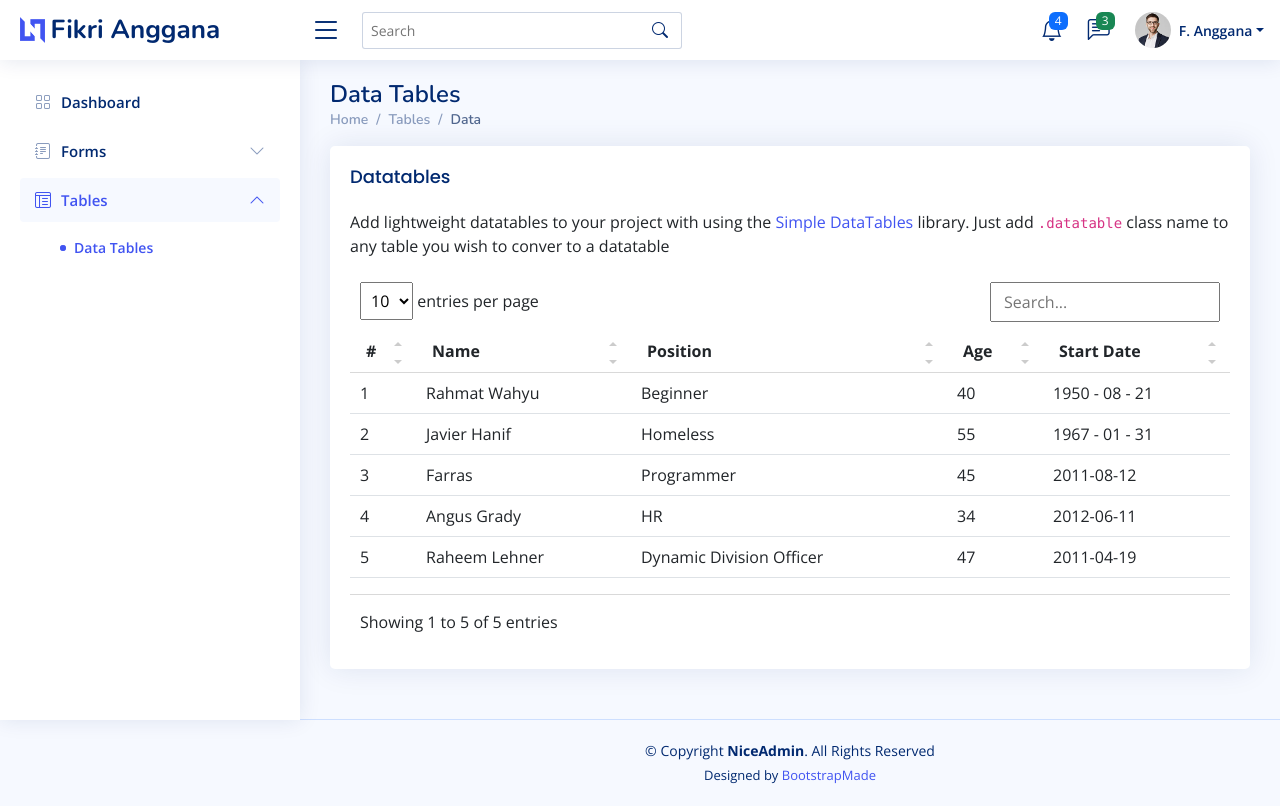
Repository: fikrianggana/PRG4_M2_P1_088
Page: NiceAdmin/tables-data.html
An editor plug-in stored every save of this project. The page is shown before and after the next save, followed by the edit.
The browser window is 1280 px wide. The pictures show the whole page.

Above is the page before, as saved 2023-09-18 15:16:30.

### NiceAdmin/tables-data.html
<!DOCTYPE html>
<html lang="en">

<head>
  <meta charset="utf-8">
  <meta content="width=device-width, initial-scale=1.0" name="viewport">

  <title>Tables / Data - NiceAdmin Bootstrap Template</title>
  <meta content="" name="description">
  <meta content="" name="keywords">

  <!-- Favicons -->
  <link href="assets/img/favicon.png" rel="icon">
  <link href="assets/img/apple-touch-icon.png" rel="apple-touch-icon">

  <!-- Google Fonts -->
  <link href="https://fonts.gstatic.com" rel="preconnect">
  <link href="https://fonts.googleapis.com/css?family=Open+Sans:300,300i,400,400i,600,600i,700,700i|Nunito:300,300i,400,400i,600,600i,700,700i|Poppins:300,300i,400,400i,500,500i,600,600i,700,700i" rel="stylesheet">

  <!-- Vendor CSS Files -->
  <link href="assets/vendor/bootstrap/css/bootstrap.min.css" rel="stylesheet">
  <link href="assets/vendor/bootstrap-icons/bootstrap-icons.css" rel="stylesheet">
  <link href="assets/vendor/boxicons/css/boxicons.min.css" rel="stylesheet">
  <link href="assets/vendor/quill/quill.snow.css" rel="stylesheet">
  <link href="assets/vendor/quill/quill.bubble.css" rel="stylesheet">
  <link href="assets/vendor/remixicon/remixicon.css" rel="stylesheet">
  <link href="assets/vendor/simple-datatables/style.css" rel="stylesheet">

  <!-- Template Main CSS File -->
  <link href="assets/css/style.css" rel="stylesheet">

  <!-- =======================================================
  * Template Name: NiceAdmin
  * Updated: Aug 30 2023 with Bootstrap v5.3.1
  * Template URL: https://bootstrapmade.com/nice-admin-bootstrap-admin-html-template/
  * Author: BootstrapMade.com
  * License: https://bootstrapmade.com/license/
  ======================================================== -->
</head>

<body>

  <!-- ======= Header ======= -->
  <header id="header" class="header fixed-top d-flex align-items-center">

    <div class="d-flex align-items-center justify-content-between">
      <a href="index.html" class="logo d-flex align-items-center">
        <img src="assets/img/logo.png" alt="">
        <span class="d-none d-lg-block">Fikri Anggana</span>
      </a>
      <i class="bi bi-list toggle-sidebar-btn"></i>
    </div><!-- End Logo -->

    <div class="search-bar">
      <form class="search-form d-flex align-items-center" method="POST" action="#">
        <input type="text" name="query" placeholder="Search" title="Enter search keyword">
        <button type="submit" title="Search"><i class="bi bi-search"></i></button>
      </form>
    </div><!-- End Search Bar -->

    <nav class="header-nav ms-auto">
      <ul class="d-flex align-items-center">

        <li class="nav-item d-block d-lg-none">
          <a class="nav-link nav-icon search-bar-toggle " href="#">
            <i class="bi bi-search"></i>
          </a>
        </li><!-- End Search Icon-->

        <li class="nav-item dropdown">

          <a class="nav-link nav-icon" href="#" data-bs-toggle="dropdown">
            <i class="bi bi-bell"></i>
            <span class="badge bg-primary badge-number">4</span>
          </a><!-- End Notification Icon -->

          <ul class="dropdown-menu dropdown-menu-end dropdown-menu-arrow notifications">
            <li class="dropdown-header">
              You have 4 new notifications
              <a href="#"><span class="badge rounded-pill bg-primary p-2 ms-2">View all</span></a>
            </li>
            <li>
              <hr class="dropdown-divider">
            </li>

            <li class="notification-item">
              <i class="bi bi-exclamation-circle text-warning"></i>
              <div>
                <h4>Lorem Ipsum</h4>
                <p>Quae dolorem earum veritatis oditseno</p>
                <p>30 min. ago</p>
              </div>
            </li>

            <li>
              <hr class="dropdown-divider">
            </li>

            <li class="notification-item">
              <i class="bi bi-x-circle text-danger"></i>
              <div>
                <h4>Atque rerum nesciunt</h4>
                <p>Quae dolorem earum veritatis oditseno</p>
                <p>1 hr. ago</p>
              </div>
            </li>

            <li>
              <hr class="dropdown-divider">
            </li>

            <li class="notification-item">
              <i class="bi bi-check-circle text-success"></i>
              <div>
                <h4>Sit rerum fuga</h4>
                <p>Quae dolorem earum veritatis oditseno</p>
                <p>2 hrs. ago</p>
              </div>
            </li>

            <li>
              <hr class="dropdown-divider">
            </li>

            <li class="notification-item">
              <i class="bi bi-info-circle text-primary"></i>
              <div>
                <h4>Dicta reprehenderit</h4>
                <p>Quae dolorem earum veritatis oditseno</p>
                <p>4 hrs. ago</p>
              </div>
            </li>

            <li>
              <hr class="dropdown-divider">
            </li>
            <li class="dropdown-footer">
              <a href="#">Show all notifications</a>
            </li>

          </ul><!-- End Notification Dropdown Items -->

        </li><!-- End Notification Nav -->

        <li class="nav-item dropdown">

          <a class="nav-link nav-icon" href="#" data-bs-toggle="dropdown">
            <i class="bi bi-chat-left-text"></i>
            <span class="badge bg-success badge-number">3</span>
          </a><!-- End Messages Icon -->

          <ul class="dropdown-menu dropdown-menu-end dropdown-menu-arrow messages">
            <li class="dropdown-header">
              You have 3 new messages
              <a href="#"><span class="badge rounded-pill bg-primary p-2 ms-2">View all</span></a>
            </li>
            <li>
              <hr class="dropdown-divider">
            </li>

            <li class="message-item">
              <a href="#">
                <img src="assets/img/messages-1.jpg" alt="" class="rounded-circle">
                <div>
                  <h4>Maria Hudson</h4>
                  <p>Velit asperiores et ducimus soluta repudiandae labore officia est ut...</p>
                  <p>4 hrs. ago</p>
                </div>
              </a>
            </li>
            <li>
              <hr class="dropdown-divider">
            </li>

            <li class="message-item">
              <a href="#">
                <img src="assets/img/messages-2.jpg" alt="" class="rounded-circle">
                <div>
                  <h4>Anna Nelson</h4>
                  <p>Velit asperiores et ducimus soluta repudiandae labore officia est ut...</p>
                  <p>6 hrs. ago</p>
                </div>
              </a>
            </li>
            <li>
              <hr class="dropdown-divider">
            </li>

            <li class="message-item">
              <a href="#">
                <img src="assets/img/messages-3.jpg" alt="" class="rounded-circle">
                <div>
                  <h4>David Muldon</h4>
                  <p>Velit asperiores et ducimus soluta repudiandae labore officia est ut...</p>
                  <p>8 hrs. ago</p>
                </div>
              </a>
            </li>
            <li>
              <hr class="dropdown-divider">
            </li>

            <li class="dropdown-footer">
              <a href="#">Show all messages</a>
            </li>

          </ul><!-- End Messages Dropdown Items -->

        </li><!-- End Messages Nav -->

        <li class="nav-item dropdown pe-3">

          <a class="nav-link nav-profile d-flex align-items-center pe-0" href="#" data-bs-toggle="dropdown">
            <img src="assets/img/profile-img.jpg" alt="Profile" class="rounded-circle">
            <span class="d-none d-md-block dropdown-toggle ps-2">F. Anggana</span>
          </a><!-- End Profile Iamge Icon -->

          <ul class="dropdown-menu dropdown-menu-end dropdown-menu-arrow profile">
            <li class="dropdown-header">
              <h6>Fikri Anggana</h6>
              <span>Network Engineer</span>
            </li>
            <li>
              <hr class="dropdown-divider">
            </li>

            <li>
              <a class="dropdown-item d-flex align-items-center" href="users-profile.html">
                <i class="bi bi-person"></i>
                <span>My Profile</span>
              </a>
            </li>
            <li>
              <hr class="dropdown-divider">
            </li>

            <li>
              <a class="dropdown-item d-flex align-items-center" href="users-profile.html">
                <i class="bi bi-gear"></i>
                <span>Account Settings</span>
              </a>
            </li>
            <li>
              <hr class="dropdown-divider">
            </li>

            <li>
              <a class="dropdown-item d-flex align-items-center" href="pages-faq.html">
                <i class="bi bi-question-circle"></i>
                <span>Need Help?</span>
              </a>
            </li>
            <li>
              <hr class="dropdown-divider">
            </li>

            <li>
              <a class="dropdown-item d-flex align-items-center" href="#">
                <i class="bi bi-box-arrow-right"></i>
                <span>Sign Out</span>
              </a>
            </li>

          </ul><!-- End Profile Dropdown Items -->
        </li><!-- End Profile Nav -->

      </ul>
    </nav><!-- End Icons Navigation -->

  </header><!-- End Header -->

  <!-- ======= Sidebar ======= -->
  <aside id="sidebar" class="sidebar">

    <ul class="sidebar-nav" id="sidebar-nav">

      <li class="nav-item">
        <a class="nav-link collapsed" href="index.html">
          <i class="bi bi-grid"></i>
          <span>Dashboard</span>
        </a>
      </li><!-- End Dashboard Nav -->

      <li class="nav-item">
        <a class="nav-link collapsed" data-bs-target="#forms-nav" data-bs-toggle="collapse" href="#">
          <i class="bi bi-journal-text"></i><span>Forms</span><i class="bi bi-chevron-down ms-auto"></i>
        </a>
        <ul id="forms-nav" class="nav-content collapse " data-bs-parent="#sidebar-nav">
          <li>
            <a href="forms-elements.html">
              <i class="bi bi-circle"></i><span>Form Elements</span>
            </a>
          </li>
        </ul>
      </li><!-- End Forms Nav -->

      <li class="nav-item">
        <a class="nav-link " data-bs-target="#tables-nav" data-bs-toggle="collapse" href="#">
          <i class="bi bi-layout-text-window-reverse"></i><span>Tables</span><i class="bi bi-chevron-down ms-auto"></i>
        </a>
        <ul id="tables-nav" class="nav-content collapse show" data-bs-parent="#sidebar-nav">
          <li>
            <a href="tables-data.html" class="active">
              <i class="bi bi-circle"></i><span>Data Tables</span>
            </a>
          </li>
        </ul>
      </li><!-- End Tables Nav -->
    </ul>

  </aside><!-- End Sidebar-->

  <main id="main" class="main">

    <div class="pagetitle">
      <h1>Data Tables</h1>
      <nav>
        <ol class="breadcrumb">
          <li class="breadcrumb-item"><a href="index.html">Home</a></li>
          <li class="breadcrumb-item">Tables</li>
          <li class="breadcrumb-item active">Data</li>
        </ol>
      </nav>
    </div><!-- End Page Title -->

    <section class="section">
      <div class="row">
        <div class="col-lg-12">

          <div class="card">
            <div class="card-body">
              <h5 class="card-title">Datatables</h5>
              <p>Add lightweight datatables to your project with using the <a href="https://github.com/fiduswriter/Simple-DataTables" target="_blank">Simple DataTables</a> library. Just add <code>.datatable</code> class name to any table you wish to conver to a datatable</p>

              <!-- Table with stripped rows -->
              <table class="table datatable">
                <thead>
                  <tr>
                    <th scope="col">#</th>
                    <th scope="col">Name</th>
                    <th scope="col">Position</th>
                    <th scope="col">Age</th>
                    <th scope="col">Start Date</th>
                  </tr>
                </thead>
                <tbody>
                  <tr>
                    <th scope="row">1</th>
                    <td>Rahmat Wahyu</td>
                    <td>Beginner</td>
                    <td>40</td>
                    <td>1950 - 08 - 21</td>
                  </tr>
                  <tr>
                    <th scope="row">2</th>
                    <td>Javier Hanif</td>
                    <td>Homeless</td>
                    <td>55</td>
                    <td>1967 - 01 - 31</td>
                  </tr>
                  <tr>
                    <th scope="row">3</th>
                    <td>Farras</td>
                    <td>Programmer</td>
                    <td>45</td>
                    <td>2011-08-12</td>
                  </tr>
                  <tr>
                    <th scope="row">4</th>
                    <td>Angus Grady</td>
                    <td>HR</td>
                    <td>34</td>
                    <td>2012-06-11</td>
                  </tr>
                  <tr>
                    <th scope="row">5</th>
                    <td>Raheem Lehner</td>
                    <td>Dynamic Division Officer</td>
                    <td>47</td>
                    <td>2011-04-19</td>
                  </tr>
                </tbody>
              </table>
              <!-- End Table with stripped rows -->

            </div>
          </div>

        </div>
      </div>
    </section>

  </main><!-- End #main -->

  <!-- ======= Footer ======= -->
  <footer id="footer" class="footer">
    <div class="copyright">
      &copy; Copyright <strong><span>NiceAdmin</span></strong>. All Rights Reserved
    </div>
    <div class="credits">
      <!-- All the links in the footer should remain intact. -->
      <!-- You can delete the links only if you purchased the pro version. -->
      <!-- Licensing information: https://bootstrapmade.com/license/ -->
      <!-- Purchase the pro version with working PHP/AJAX contact form: https://bootstrapmade.com/nice-admin-bootstrap-admin-html-template/ -->
      Designed by <a href="https://bootstrapmade.com/">BootstrapMade</a>
    </div>
  </footer><!-- End Footer -->

  <a href="#" class="back-to-top d-flex align-items-center justify-content-center"><i class="bi bi-arrow-up-short"></i></a>

  <!-- Vendor JS Files -->
  <script src="assets/vendor/apexcharts/apexcharts.min.js"></script>
  <script src="assets/vendor/bootstrap/js/bootstrap.bundle.min.js"></script>
  <script src="assets/vendor/chart.js/chart.umd.js"></script>
  <script src="assets/vendor/echarts/echarts.min.js"></script>
  <script src="assets/vendor/quill/quill.min.js"></script>
  <script src="assets/vendor/simple-datatables/simple-datatables.js"></script>
  <script src="assets/vendor/tinymce/tinymce.min.js"></script>
  <script src="assets/vendor/php-email-form/validate.js"></script>

  <!-- Template Main JS File -->
  <script src="assets/js/main.js"></script>

</body>

</html>

Loaded but not shown: NiceAdmin/assets/vendor/bootstrap/css/bootstrap.min.css (library); NiceAdmin/assets/vendor/bootstrap-icons/bootstrap-icons.css (library); NiceAdmin/assets/vendor/boxicons/css/boxicons.min.css (library); NiceAdmin/assets/vendor/quill/quill.snow.css (library); NiceAdmin/assets/vendor/quill/quill.bubble.css (library); NiceAdmin/assets/vendor/remixicon/remixicon.css (library); NiceAdmin/assets/vendor/simple-datatables/style.css (library); NiceAdmin/assets/vendor/apexcharts/apexcharts.min.js (library); NiceAdmin/assets/vendor/bootstrap/js/bootstrap.bundle.min.js (library); NiceAdmin/assets/vendor/chart.js/chart.umd.js (library); NiceAdmin/assets/vendor/echarts/echarts.min.js (library); NiceAdmin/assets/vendor/quill/quill.min.js (library); NiceAdmin/assets/vendor/simple-datatables/simple-datatables.js (library); NiceAdmin/assets/vendor/tinymce/tinymce.min.js (library); NiceAdmin/assets/vendor/php-email-form/validate.js (common file); NiceAdmin/assets/js/main.js (321 lines, source omitted); NiceAdmin/assets/css/style.css (1233 lines, source omitted)

After the next save:
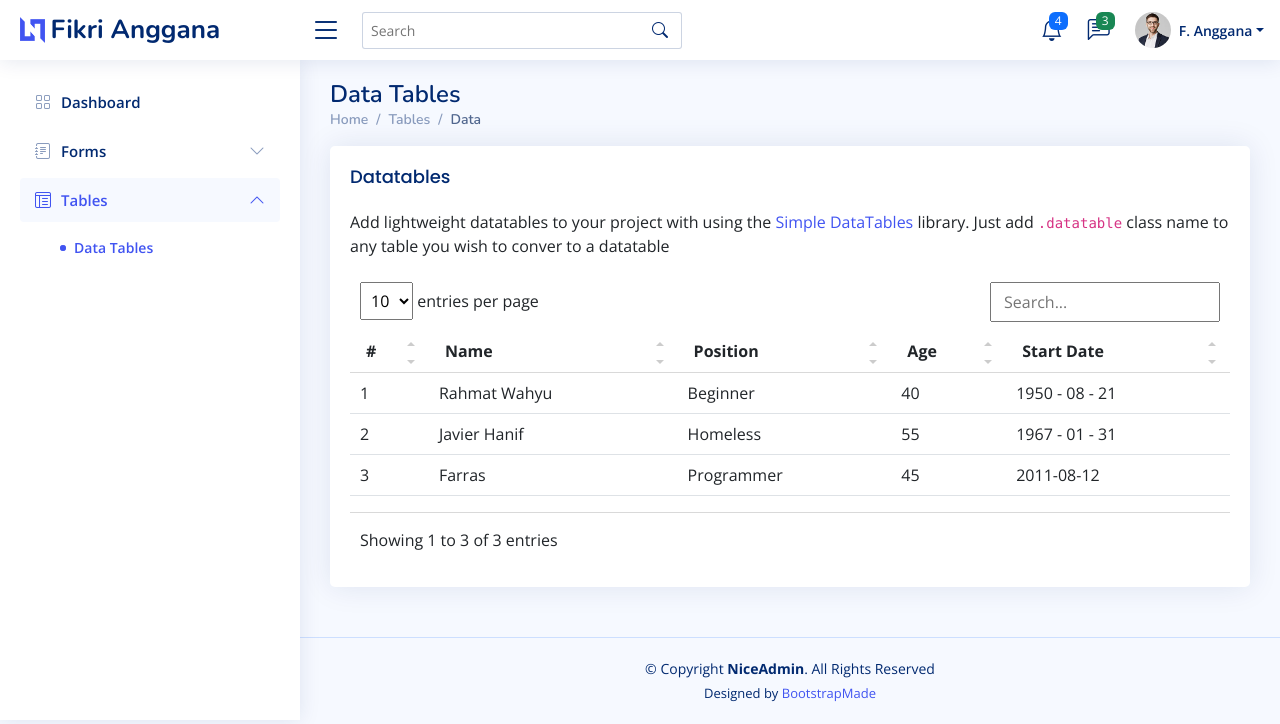
Saved 7 s later.
--- a/NiceAdmin/tables-data.html
+++ b/NiceAdmin/tables-data.html
@@ -365,20 +365,6 @@
                     <td>45</td>
                     <td>2011-08-12</td>
                   </tr>
-                  <tr>
-                    <th scope="row">4</th>
-                    <td>Angus Grady</td>
-                    <td>HR</td>
-                    <td>34</td>
-                    <td>2012-06-11</td>
-                  </tr>
-                  <tr>
-                    <th scope="row">5</th>
-                    <td>Raheem Lehner</td>
-                    <td>Dynamic Division Officer</td>
-                    <td>47</td>
-                    <td>2011-04-19</td>
-                  </tr>
                 </tbody>
               </table>
               <!-- End Table with stripped rows -->
